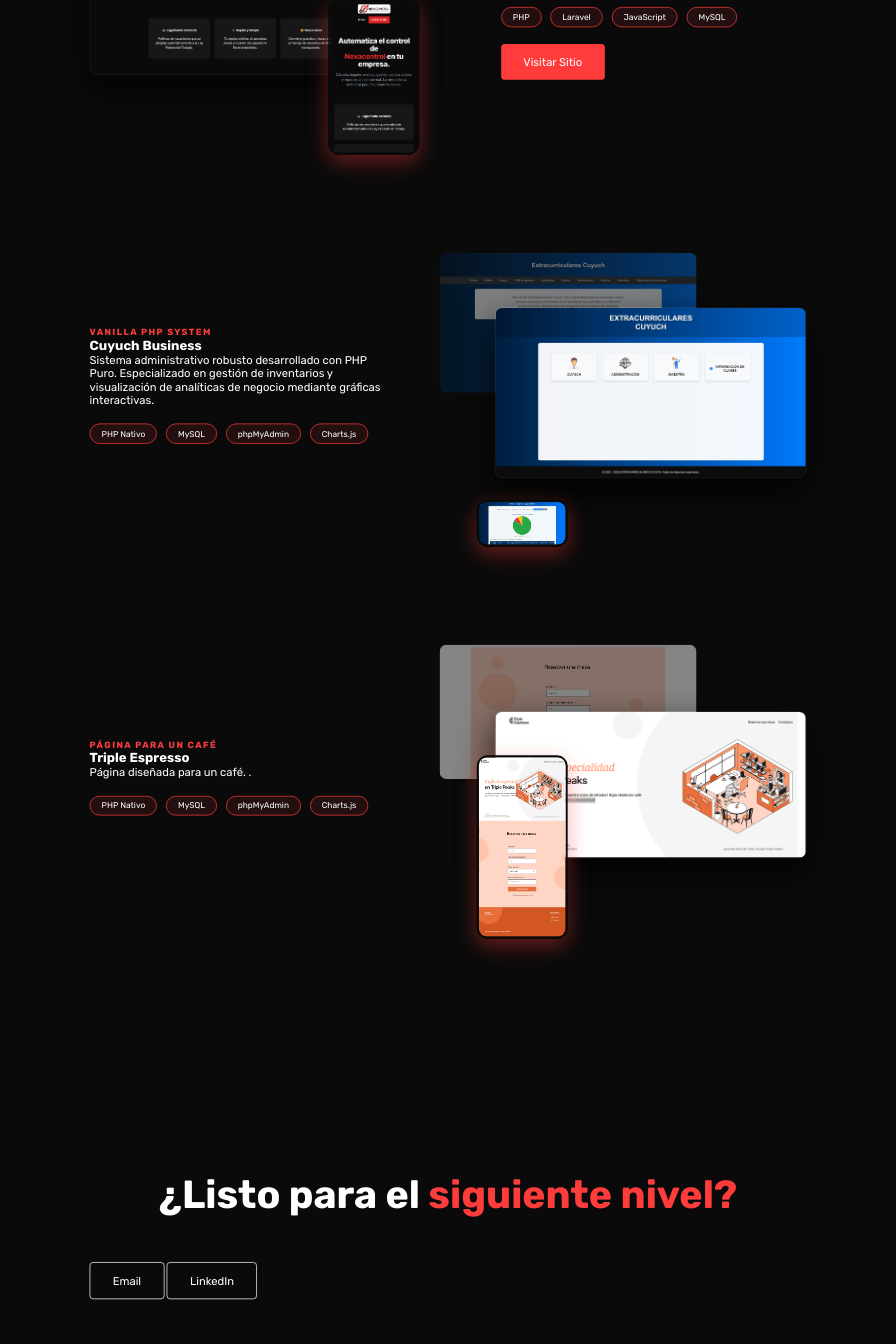
Repository: hercules830/Mi-portfolio-profesional
Page: index.html
These files come from the project's save history. The page is drawn as it stood at one moment and after the next save; the edit follows.
The browser window is 1280 px wide. The pictures show the part of the page from y = 1690 to 3610 px (the page is 3610 px tall), at 70% of full size.
Some web fonts or font styles are not loaded; a fallback is used.

Above is the page before, as saved 2026-05-30 19:52:27.

After the next save:
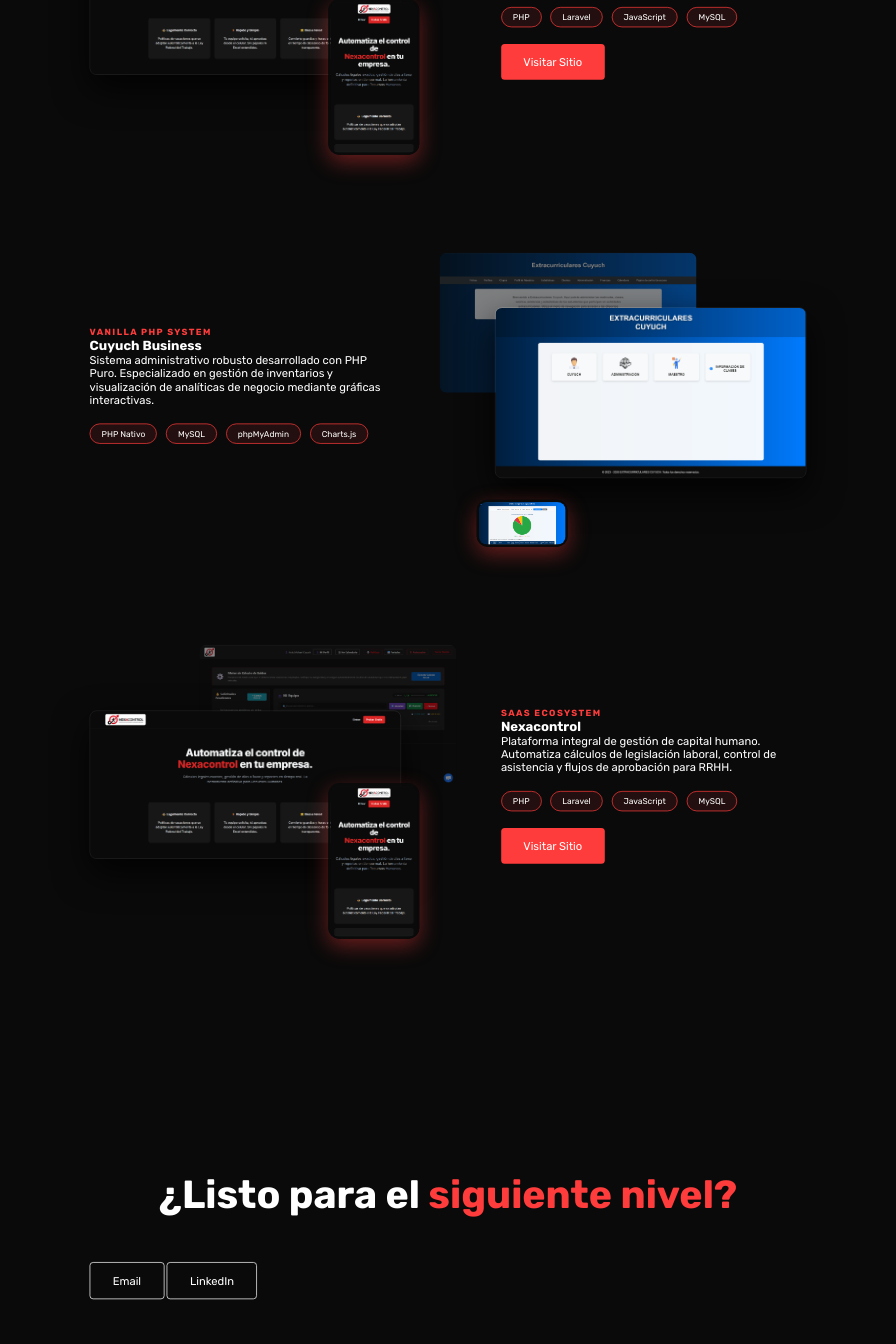
Saved 97 s later.
--- a/index.html
+++ b/index.html
@@ -134,32 +134,44 @@
       </div>
 
       <!-- PROYECTO 3: Triple Expresso (HTML, CSS) -->
-      <div class="featured-project reverse">
+      <div class="featured-project">
+        <div class="featured-img-container">
+          <img
+            src="assets/img/projects/indexNexa.png"
+            alt="Nexacontrol Landing"
+            class="img-lead zoomable"
+          />
+          <img
+            src="assets/img/projects/panelJefeAreaNexa.png"
+            alt="Nexacontrol Panel"
+            class="img-panel zoomable"
+          />
+          <img
+            src="assets/img/projects/indexNexaPhone.png"
+            alt="Nexacontrol Mobile"
+            class="img-phone zoomable"
+          />
+        </div>
         <div class="featured-info">
-          <span class="tag">Página para un Café</span>
-          <h3>Triple Espresso</h3>
-          <p>Página diseñada para un café. .</p>
+          <span class="tag">SaaS Ecosystem</span>
+          <h3>Nexacontrol</h3>
+          <p>
+            Plataforma integral de gestión de capital humano. Automatiza
+            cálculos de legislación laboral, control de asistencia y flujos de
+            aprobación para RRHH.
+          </p>
           <div class="tech-stack">
-            <span>PHP Nativo</span><span>MySQL</span><span>phpMyAdmin</span
-            ><span>Charts.js</span>
-          </div>
-        </div>
-        <div class="featured-img-container">
-          <img
-            src="assets/img/projects/headTripleExpresso.png"
-            alt="Cuyuch Home"
-            class="img-lead zoomable"
-          />
-          <img
-            src="assets/img/projects/formTripleEspresso.png"
-            alt="Cuyuch Admin"
-            class="img-panel zoomable"
-          />
-          <img
-            src="assets/img/projects/phoneTripleEspresso.png"
-            alt="Cuyuch Stats"
-            class="img-phone zoomable"
-          />
+            <span>PHP</span><span>Laravel</span><span>JavaScript</span
+            ><span>MySQL</span>
+          </div>
+          <div class="actions">
+            <a
+              href="https://hercules830.github.io/web_project_coffeeshop_es/"
+              target="_blank"
+              class="btn-primary"
+              >Visitar Sitio</a
+            >
+          </div>
         </div>
       </div>
     </section>
